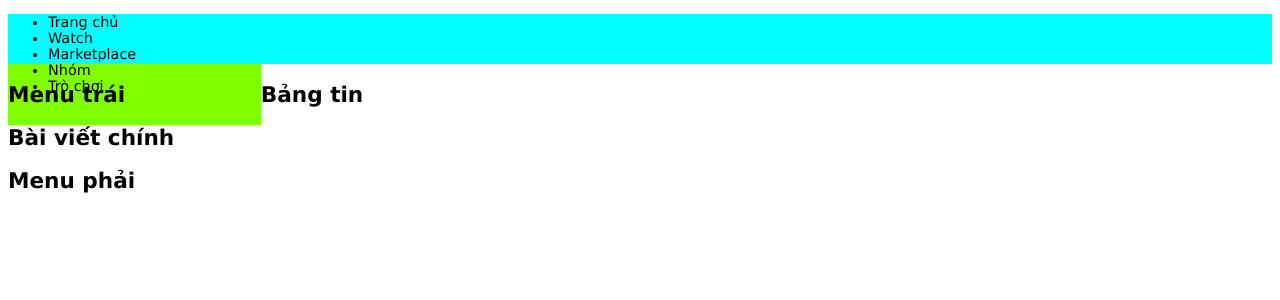
Repository: congle98/CSS_LayoutFacebookCoBan
Page: index.html
The author's editor kept a copy of each file at every save. The page is drawn from the files as they stood at one save, then again after a run of saves.
The browser window is 1280 px wide. The pictures show the whole page.

Above is the page before, as saved 2021-05-26 15:28:49.

After the next 20 saves:
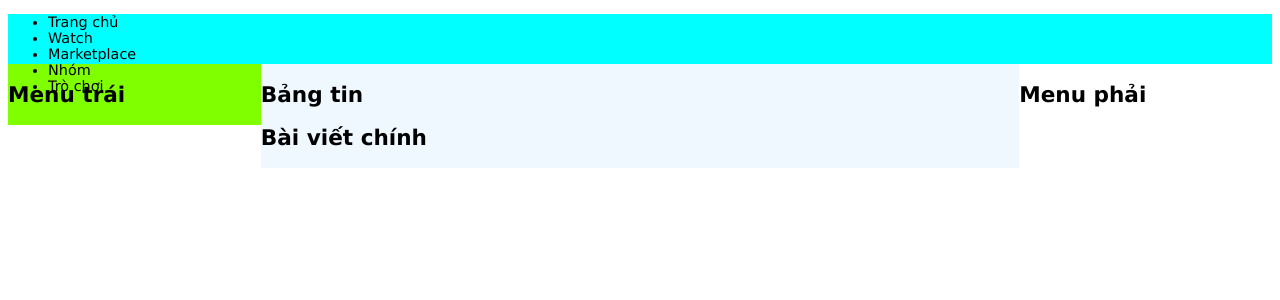
The 20 saves are shown as one change because they came seconds apart.
The last was saved 34 s later.
--- a/index.html
+++ b/index.html
@@ -21,7 +21,15 @@
             float: left;
             background-color: chartreuse;
         }
-
+        section{
+            width: 60%;
+            float: left;
+            background-color:aliceblue;
+        }
+        #sidebar-right{
+            width: 20;
+            f
+        }
 
     </style>
 </head>
